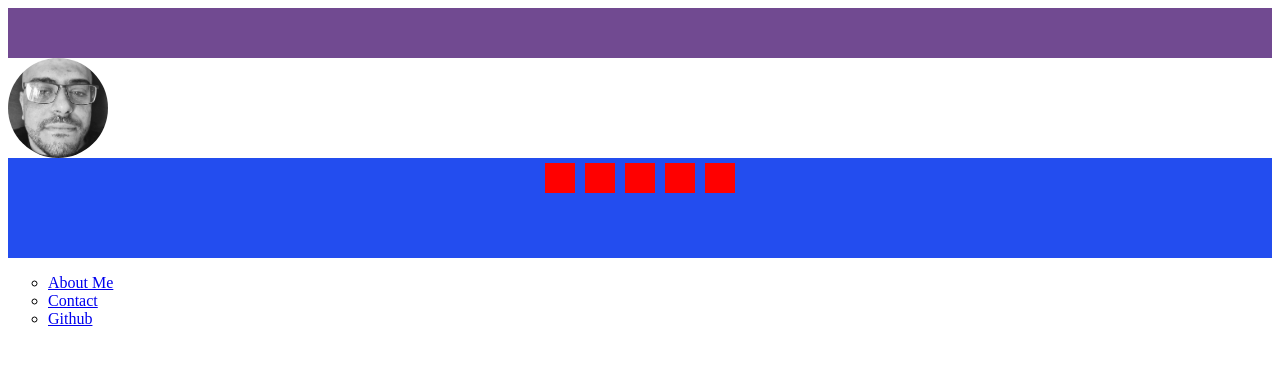
Repository: Mohzagou/Eersteportofolio
Page: index.html
These files come from the project's save history. The page is drawn as it stood at one moment and after the next save; the edit follows.
The browser window is 1280 px wide. The pictures show the whole page.

Above is the page before, as saved 2022-06-07 20:16:30.

After the next save:
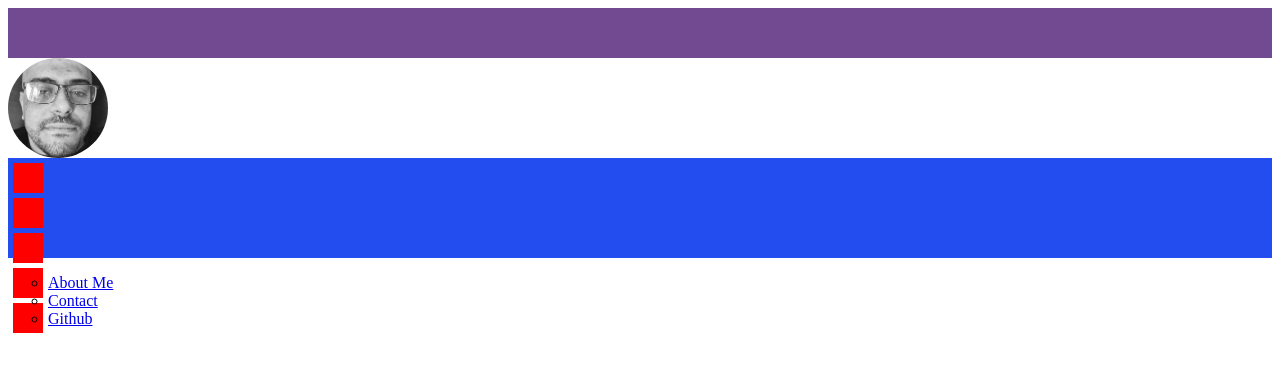
Saved 29 s later.
--- a/styles.css
+++ b/styles.css
@@ -13,8 +13,8 @@
     width: 100%;
     height: 100px;
     background-color: #234def;
-    display: flex;
-    justify-content: center;
+    /*display: flex;
+    justify-content: center;*/
 }
 
 .about-me {

After the save that followed:
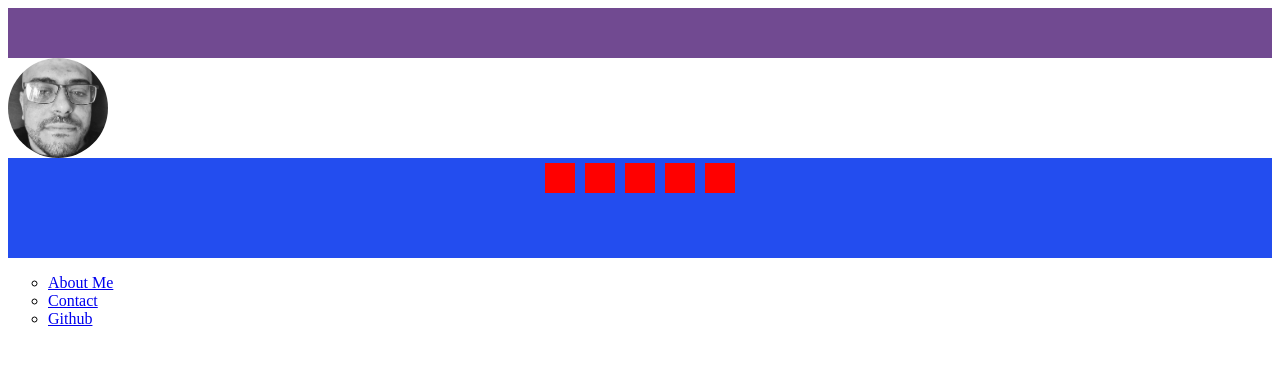
Saved 10 s later.
--- a/styles.css
+++ b/styles.css
@@ -13,8 +13,8 @@
     width: 100%;
     height: 100px;
     background-color: #234def;
-    /*display: flex;
-    justify-content: center;*/
+    display: flex;
+    justify-content: center;
 }
 
 .about-me {
